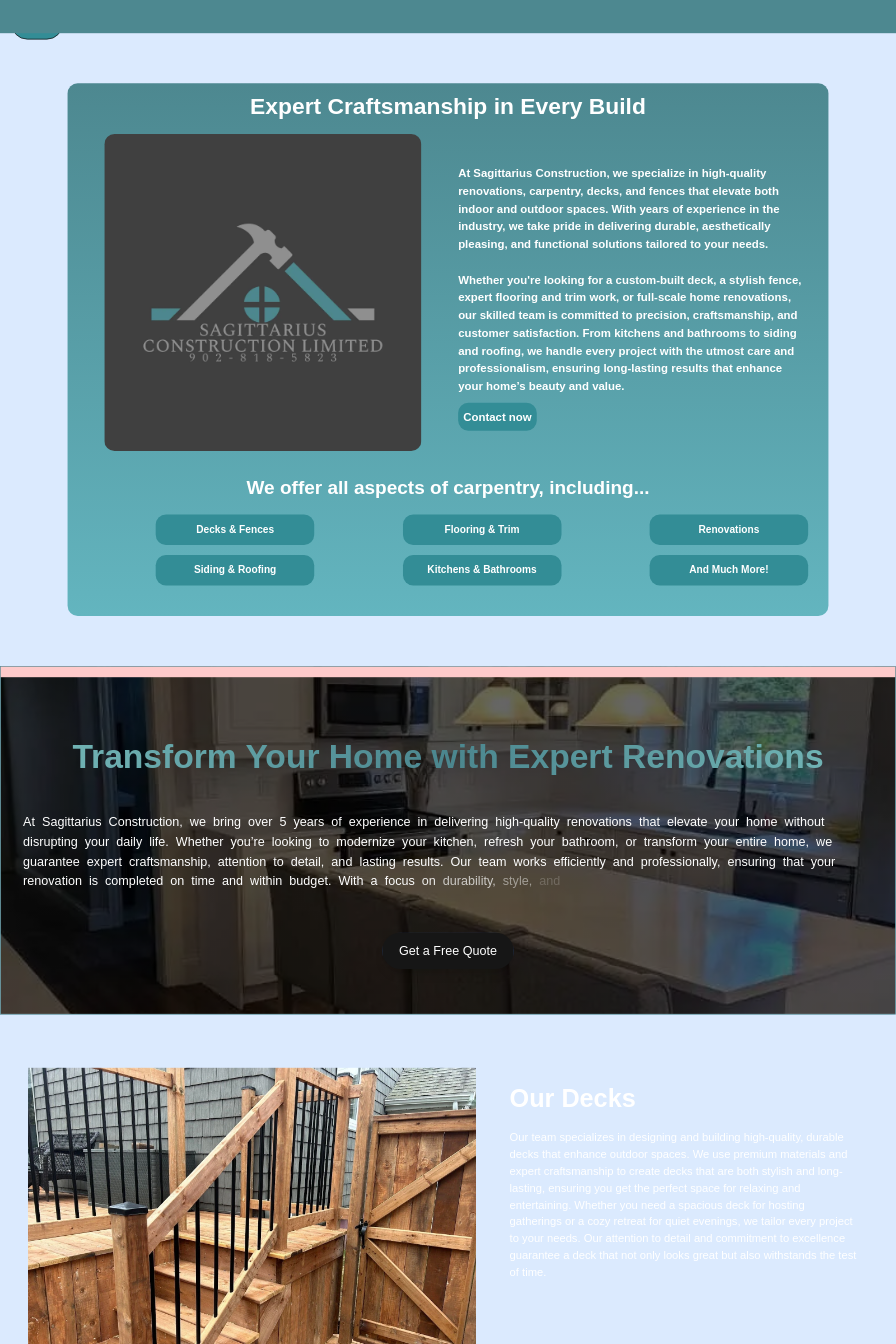
Repository: TMuse333/sagittarius
Page: / (app in frontend/)
These files come from the project's save history. The page is drawn as it stood at one moment and after the next save; the edit follows.
The browser window is 1280 px wide. The pictures show the part of the page from y = 688 to 2608 px (the page is 9859 px tall), at 70% of full size.
The project was rebuilt for these pictures with package versions that can differ from the ones it lists, and the page was loaded fresh each time. The framework's server and built-in components were replaced by stand-ins that run in the browser. Also part of the build but not shown: frontend/next.config.ts.

Above is the page before, as saved 2025-03-17 19:41:59.

### frontend/src/app/layout.tsx
import { ContextProvider } from "@/context/context";
import type { Metadata } from "next";
import { Geist, Geist_Mono } from "next/font/google";
import "./globals.css";

const geistSans = Geist({
  variable: "--font-geist-sans",
  subsets: ["latin"],
});

const geistMono = Geist_Mono({
  variable: "--font-geist-mono",
  subsets: ["latin"],
});

export const metadata: Metadata = {
  title: "Sagittarius Construction demo",
  description: "Rough draft of your website",
};

export default function RootLayout({
  children,
}: Readonly<{
  children: React.ReactNode;
}>) {
  return (
    <html lang="en">
      <ContextProvider>


      <body
        className={`${geistSans.variable} ${geistMono.variable} antialiased`}
      >
        {children}
      </body>
      </ContextProvider>
    </html>
  );
}

### frontend/src/app/page.tsx
import Homepage from "@/pageComponents/homePage";


export default function Home() {
  return (
 <Homepage/>
  );
}

### frontend/src/context/context.tsx
"use client"

import React, { createContext, useState, useContext, ReactNode, useEffect } from 'react';

// Define the type for the context value
interface GeneralContextType {
  isMobile: boolean;
  setIsMobile: React.Dispatch<React.SetStateAction<boolean>>;
  isDesktop: boolean;
  setIsDesktop: React.Dispatch<React.SetStateAction<boolean>>;


  applicationFormState: Record<string, string>;
  setApplicationFormState: React.Dispatch<React.SetStateAction<Record<string, string>>>;


}


// Create the context
export const GeneralContext = createContext<GeneralContextType | undefined>(undefined);

// Create a provider component
export const ContextProvider: React.FC<{ children: ReactNode }> = ({ children }) => {
  // Initialize the value state


  // Detect mobile devices
  const [isMobile, setIsMobile] = useState<boolean>(true);

const [isDesktop, setIsDesktop] = useState(false)

const [applicationFormState, setApplicationFormState] = useState<Record<string, string>>({});

  useEffect(() => {
    const handleScroll = () => {
      if (typeof window !== 'undefined') {
        setIsMobile(window.innerWidth <= 865);
      }
      else{
        setIsDesktop(true)
      }
    };

    if (typeof window !== 'undefined') {
      window.addEventListener('scroll', handleScroll);
      handleScroll(); // Initial check
    }

    return () => {
      if (typeof window !== 'undefined') {
        window.removeEventListener('scroll', handleScroll);
      }
    };
  }, []);

  useEffect(() => {
    const handleScroll = () => {
      if (typeof window !== 'undefined') {
        setIsDesktop(window.innerWidth > 868);
      }

    };

    if (typeof window !== 'undefined') {
      window.addEventListener('scroll', handleScroll);
      handleScroll(); // Initial check
    }

    return () => {
      if (typeof window !== 'undefined') {
        window.removeEventListener('scroll', handleScroll);
      }
    };
  }, []);


  useEffect(() => {
    console.log('is mobile', isMobile);
    console.log("is desktop", isDesktop)
  }, [isDesktop]);

  const contextValue = {

    isMobile,
    setIsMobile,
    applicationFormState,
    setApplicationFormState,
    isDesktop,
    setIsDesktop


  };

  return <GeneralContext.Provider value={contextValue}>{children}</GeneralContext.Provider>;
};

export const useGeneralContext = (): GeneralContextType => {
  const context = useContext(GeneralContext);
  if (!context) {
    throw new Error('useGeneralContext must be used within a ContextProvider');
  }
  return context;
};

### frontend/src/app/globals.css
@tailwind base;
@tailwind components;
@tailwind utilities;

:root {
  --background: #DBEAFE;
  --foreground: #171717;
}

@media (prefers-color-scheme: dark) {
  :root {
    --background: #404040;
    --foreground: #ededed;
  }
}

body {
  color: white;
  background: var(--background);
  font-family: Arial, Helvetica, sans-serif;

}

### frontend/src/components/footer/footer.tsx
import React from "react";
import Link from "next/link";

interface Props {
  excludedLink: string;
}

const Footer: React.FC<Props> = ({ excludedLink }) => {
  function handleScroll(destination: string) {
    if (typeof window !== "undefined") {
      const element = document.getElementById(destination);

      if (element) {
        const offset = -100;
        const elementPosition = element.getBoundingClientRect().top;
        const offsetPosition = elementPosition + window.pageYOffset + offset;

        window.scrollTo({
          top: offsetPosition,
          behavior: "smooth",
        });
      } else {
        console.warn(`Element with ID '${destination}' not found.`);
      }
    } else {
      console.warn("Window is not available.");
    }
  }

  const links = [
    {
      destination: "work",
      name: "Our work",
      hasScroll: true,
    },
    {
      destination: "reviews",
      name: "Reviews",
      hasScroll: true,
    },
    {
      destination: "why-us",
      name: "Why Us",
      hasScroll: true,
    },
    {
      destination: "contact",
      name: "Contact",
      hasScroll: true,
    },
  ];

  const filteredLinks = links.filter(link => link.name !== excludedLink);

  return (
    <footer className="w-screen relative flex flex-col items-center justify-center mx-auto py-8 bg-[#4D8890] text-white">
      <div className="max-w-7xl w-full px-4">
        {/* Site Map Section */}
        <h6 className="text-3xl sm:text-4xl font-semibold mb-8 text-center">Site Map</h6>

        {/* Links Container */}
        <div className="flex flex-col md:flex-row justify-center items-center md:items-start gap-6 md:gap-12 mb-12">
          {filteredLinks.map((link, index) => (
            <div
              key={index}
              className="flex flex-col items-center md:items-start"
            >
              {link.hasScroll ? (
                <button
                  onClick={() => handleScroll(link.destination)}
                  className="text-lg md:text-xl font-medium hover:text-[#00bfff] transition-colors duration-200"
                >
                  {link.name}
                </button>
              ) : (
                <Link
                  href={`/${link.destination}`}
                  className="text-lg md:text-xl font-medium hover:text-[#00bfff] transition-colors duration-200"
                >
                  {link.name}
                </Link>
              )}
            </div>
          ))}
        </div>

        {/* Social Media Section */}
        {/* <h6 className="text-3xl sm:text-4xl font-semibold mb-8 text-center">Social Media</h6> */}
        <div className="flex justify-center gap-6 mb-8">
          {/* Add your social media icons/links here */}
          {/* <p>Insert social media links here</p> */}
        </div>
        <a className="text-center text-xl"
         href="https://www.focusflowsoftware.com">
          Developed by Focus Flow Software
        </a>

        {/* Optional Quote */}
        {/* <p className="text-center text-sm md:text-base max-w-2xl mx-auto">
          For every action, there is an equal and opposite reaction. Use this law everyday to create the reality you desire.
        </p> */}
      </div>
    </footer>
  );
};

export default Footer;

### frontend/src/components/googleReviews/googleReviews.tsx
import Image from "next/image";
import React, { useState } from "react";
import {Star} from 'lucide-react'
import SlidingText from "../textAnimations/slidingText/slidingText";
import {motion} from 'framer-motion'
// import Link from "next/link";
interface ReviewData {
    name:string,
    src:string,
    description:string,
    date:string,
    alt:string
}


const Review:React.FC<ReviewData> = ({
    name,src,description,date,
    alt
}) => {


    return (
        <div className="w-[90vw] flex-shrink-0 rounded-2xl
        mr-4 border border-blue-500 max-w-[400px]
        mx-auto bg-gradient-to-tr from-[#4D8890] to-[#8BAEB7]
        flex flex-col  text-white">
<div className="flex flex-row ml-4 mt-2">
<Image
height={1300}
width={600}
src={src}
alt={alt}
className='w-[20vw] max-w-[75px] max-h-[75px] h-[20vw] object-cover rounded-full object-contain'

/>
<div className="flex flex-col ml-8">
    <span>{name}</span>
    <span>{date}</span>
</div>
</div>
<div className="flex flex-col ml-2 px-4 mt-3 pb-6">
    <div className="flex flex-row">

    {[...Array(5)].map((_, index) => (
        <Star key={index} size={24} color="#FFD700" fill="#FFD700" />
      ))}

    </div>
    <p className="text-left mt-4">
    {description}
</p>


</div>
        </div>
    )
}

interface GoogleProps {
    reviews:ReviewData[]
}

const GoogleReviews:React.FC<GoogleProps> = ({
    reviews
}) => {

    const [slideComplete, setSlideComplete] = useState(false)

    return (
        <>
  <SlidingText
  text="Reviews"
  setSlideComplete={setSlideComplete}
styles="bg-gradient-to-b from-white to-gray-200 bg-clip-text text-transparent
text-3xl sm:text-4xl font-semibold text-center relative transition-colors"


  />
  <motion.p
  initial={{
    opacity:0,
    y:-40
  }}
  animate={{
    opacity:slideComplete ? 1  : 0,
    y:slideComplete ? 0 : -40
  }}
  className=" max-w-[900px]
  text-left mx-auto mt-4
  md:text-lg"
  >
From our 5+ years in business we have helped out many customers
improve their lovely homes in an efficient manner. Here is what some our
clients have to say about our work!
<br/>
<a
  href="https://www.google.com/maps/place/Sagittarius+Construction/@45.1932025,-68.3189312,6z/data=!3m1!4b1!4m6!3m5!1s0x6919d162980a017b:0x3540f39c10b3d454!8m2!3d45.3077481!4d-63.028289!16s%2Fg%2F11kpqb7fkv?entry=ttu&g_ep=EgoyMDI1MDMxMi4wIKXMDSoJLDEwMjExNDUzSAFQAw%3D%3D"
  target="_blank"
  rel="noopener noreferrer"
>
  <button className="rounded-2xl bg-[#338d96] p-2 mt-2">
    See all reviews
  </button>
</a>

  </motion.p>


        <section

        className={`relative w-screen ml-auto mb-[5rem] mt-[5rem] overflow-x-hidden
         py-8 text-center text-black`}
    >


        <div
            className="flex-shrink-0 pr-[3rem] pl-[1rem] flex ml-auto sm:ml-0 sm:mr-0 overflow-x-scroll overflow-y-hidden
            "
        >
         {reviews.map((review, index) => (
                <Review
                {...review}
                key={index}
                />
            ))}

        </div>
     </section>
     </>
    )
}

export default GoogleReviews

### frontend/src/components/verticalImageText/verticalImageText.tsx
import React, { useEffect, useState } from "react";
import { useAnimate, motion, useMotionValue, useMotionTemplate,
useInView, animate } from 'framer-motion';
// import Image from "next/image";
// import brain from '../../../public/logo.webp'
import Link from 'next/link'
import AppearingGradient from "../textAnimations/appearingGradient/appearingGradient";
import { useGeneralContext } from "@/context/context";
import FadeInFromLeftText from "../textAnimations/fadeInFromLeftText/fadeInFromLeftText";
import bgImage from '../../../public/kitchen.webp'
interface Props {
  title:string,
  description:string,
  buttonText:string,
  buttonDestination:string
  hasScroll?:boolean
}

const VerticalImageTextBox:React.FC<Props> = ({
  title, description,
  buttonText, buttonDestination,
  hasScroll
}) => {
  const [scope, scopeAnimate] = useAnimate();

  const COLORS = [
    "#0a0a0a", // Main color (base black)
    "#141414", // Slightly lighter shade
    "#1e1e1e", // Warmer black with a hint of depth
    "#121212", // Muted dark shade
    "#181818", // Deep charcoal, softer than pure black
    "#262626"  // Lightest shade, closer to dark gray
];




  const color1 = useMotionValue(COLORS[0]);
  const color2 = useMotionValue(COLORS[1]);

  const backgroundImage = useMotionTemplate`linear-gradient(45deg,${color1}, ${color2})`


  const [animationComplete, setAnimationComplete] = useState(false);



  const {isMobile} = useGeneralContext()

  // Ensure you're transforming the y values based on the scroll position

  const inView = useInView(scope,{

    amount:!isMobile ? 0.7 : 0.2,
    once:true
  })


      const handleAnimation = async () => {
       const header = document.getElementById('closing-header')
       const paragraph = document.getElementById('closing-paragraph')
       const button = document.getElementById('closing-button')

       if(header){
        await scopeAnimate(header,{y:0,opacity:1})

       }

       if(paragraph){
        await scopeAnimate(paragraph,{opacity:1},
            {delay:1})
       }

       if(button){
        await scopeAnimate(button,{opacity:1},{
            delay:0.5,
            ease:'easeInOut'

        },)
       }

      }

      useEffect(()=> {
        if(inView){
            console.log('in view!')
            handleAnimation()
        }
    })


    useEffect(() => {
        // Animate the colors for the gradient

           animate(color1, COLORS, {
            ease: "easeInOut",
            duration: 10,
            repeat: Infinity,
            repeatType: "loop",
          });

           animate(color2, COLORS, {
            ease: "easeInOut",
            duration: 10,
            repeat: Infinity,
            repeatType: "loop",
          });



    }, []);


  return (
    <section ref={scope} className=" relative
    z-[1] border border-[#4D8890]
    py-8
   "
   style={{
    backgroundImage: `linear-gradient(rgba(0, 0, 0, 0.6), rgba(0, 0, 0, 0.6)), url(${bgImage.src})`,
    backgroundSize: "cover", // Ensures the image covers the container
    backgroundPosition: "center", // Centers the image
  }}

      >

<div className="absolute w-full h-[15px]
bg-red-200 top-0 left-0 z-[2]"
/>


        {/* Motion heading */}
        {/* <h3 id='closing-header'
className="text-center relative pb-4  mr-auto font-semibold mb-2
bg-clip-text text-transparent text-3xl sm:text-4xl md:text-5xl
translate-y-[4rem] transition-transform opacity-0"
style={{
  backgroundImage: "linear-gradient(to right, #00e0ff, #00a2e4, #00e0ff)",

}}>


          Time to elevate your digital presence
        </h3> */}

        <AppearingGradient
        text={title}
        subText=""
        noBottom
        />



      {/* Optional image */}
      {/* <Image
        src={brain}
        alt="brain"
        className="w-[20vw] object-cover mx-auto relative z-[4]
        max-w-[420px] max-h-[280px] mt-[-3rem] mb-4
        rounded-2xl
        "
      /> */}

      {/* Call to action section */}
      <section id='closing-paragraph'
      className="flex flex-col justify-center md:text-lg px-4 relative z-[4] mb-8
      opacity-0 items-center">
     <FadeInFromLeftText
     className="mx-auto px-4 text-pre-line
     whitespace-pre-line text-white"
     startAnimation={inView}
     text={description}
     setAnimationComplete={setAnimationComplete}
     />



{hasScroll ? (
  <motion.button
    id="closing-button"
    style={{
      backgroundImage,
    }}
    initial={{
      opacity: 0,
      y: -15,
    }}
    animate={{
      opacity: animationComplete ? 1 : 0,
      y: animationComplete ? 0 : -15,
    }}
    whileHover={{
      scale: 1.05,
    }}
    onClick={() => {
      const targetElement = document.getElementById(buttonDestination);
      if (targetElement) {
        targetElement.scrollIntoView({ behavior: "smooth" });
      }
    }}
    className="mx-auto mt-8 opacity-0 px-6 py-3 bg-blue-500 text-white rounded-full
      shadow-lg shadow-all-around"
  >
    {buttonText}
  </motion.button>
) : (
  <Link href={buttonDestination}>
    <motion.button
      id="closing-button"
      style={{
        backgroundImage,
      }}
      initial={{
        opacity: 0,
        y: -15,
      }}
      animate={{
        opacity: animationComplete ? 1 : 0,
        y: animationComplete ? 0 : -15,
      }}
      whileHover={{
        scale: 1.05,
      }}
      className="mx-auto mt-8 opacity-0 px-6 py-3 bg-blue-500 text-white rounded-full
        shadow-lg shadow-all-around"
    >
      {buttonText}
    </motion.button>
  </Link>
)}

      </section>

    </section>
  );
};

export default VerticalImageTextBox;

### frontend/src/components/textAnimations/fadeInFromLeftText/fadeInFromLeftText.tsx
import { motion } from 'framer-motion';
import React, { ElementType, useState, useEffect } from 'react';

interface FadeInFromLeftTextProps {
  text: string; // The text to animate
  as?: ElementType; // The HTML tag to render (default: 'p')
  className?: string; // Additional CSS classes
  duration?: number; // Total animation duration (in seconds)
  startAnimation?: boolean; // Control when animation starts
  setAnimationComplete?: React.Dispatch<React.SetStateAction<boolean>>; // Notify when animation is complete
  keywords?: string[]; // Highlighted keywords
}

const FadeInFromLeftText: React.FC<FadeInFromLeftTextProps> = ({
  text,
  as: Tag = 'p', // Default to 'p' tag
  className = '',
  duration = 2, // Default animation duration
  startAnimation, // Default to false if not provided
  setAnimationComplete, // Optional function to notify when animation is complete
  keywords = [], // Default to an empty array if not provided
}) => {
  const [animationStarted, setAnimationStarted] = useState(false);

  // Trigger animation when startAnimation is set to true
  useEffect(() => {
    if (startAnimation && !animationStarted) {
      setAnimationStarted(true);
    } else if (!startAnimation) {
      setAnimationStarted(true);
    }
  }, [startAnimation, animationStarted]);

  // Notify when animation is complete
  useEffect(() => {
    if (animationStarted && setAnimationComplete) {
      const timeout = setTimeout(() => {
        setAnimationComplete(true); // Notify parent when animation is complete
      }, duration * 1000); // Use duration to calculate when the animation finishes
      return () => clearTimeout(timeout); // Cleanup timeout
    }
  }, [animationStarted, duration, setAnimationComplete]);

  // Function to check if a word is a keyword
  const isKeyword = (word: string) => keywords.includes(word);

  return (
    <motion.div
      initial={{ clipPath: 'inset(0 100% 0 0)', opacity: 0 }}
      animate={startAnimation ? { clipPath: 'inset(0 0% 0 0)', opacity: 1 } : {}}
      transition={{ duration }}
      className={`overflow-hidden ${className}`} // Ensure no overflow
    >
      <Tag>
        {text.split(' ').map((word, wordIndex) => (
          <motion.span
            key={wordIndex}
            initial={{ x: 20, opacity: 0 }}
            animate={{ x: 0, opacity: 1 }}
            transition={{
              delay: wordIndex * 0.1, // Delay based on word position
              duration: 0.5, // Animation duration
            }}
            className={isKeyword(word) ? 'animate-gradient font-bold' : ''} // Apply specific class if keyword
            style={
                isKeyword(word)
                  ? {
                      background: 'linear-gradient(90deg, #00A4F6, #66C8FF, #00A4F6)',
                      backgroundSize: '200% 200%',
                      backgroundClip: 'text',
                      WebkitBackgroundClip: 'text',
                      color: 'transparent',
                      animation: 'gradient-animation 8s ease-in-out infinite',
                      transition: 'background 0.5s ease, color 0.5s ease',
                    }
                  : undefined
              }
          >
            {word}
            &nbsp; {/* Adding space between words */}
          </motion.span>
        ))}
      </Tag>
    </motion.div>
  );
};

export default FadeInFromLeftText;

Loaded but not shown: frontend/tailwind.config.ts (common file); frontend/src/data/homeData.ts (456 lines, source omitted); frontend/src/components/gridCarousel/gridCarousel.tsx (309 lines, source omitted); frontend/src/components/experienceCard/experienceCard.tsx (230 lines, source omitted); frontend/src/components/herobanner/carouselHero.tsx (224 lines, source omitted); frontend/src/components/contactForm/contactForm.tsx (177 lines, source omitted); frontend/src/components/ImageAspects/imageAspects.tsx (280 lines, source omitted); frontend/src/components/textAndList/textAndList.tsx (222 lines, source omitted); frontend/src/components/navbar/navbar.tsx (156 lines, source omitted); frontend/src/components/textAnimations/appearingGradient/appearingGradient.tsx (152 lines, source omitted); frontend/src/components/textAnimations/typeAlongText/typeAlongText.tsx (118 lines, source omitted); frontend/src/components/imageTextBox/imageTextBox.tsx (191 lines, source omitted); frontend/src/components/contactForm/inputForm.tsx (82 lines, source omitted); frontend/src/pageComponents/homePage.tsx (161 lines, source omitted); frontend/src/components/textAnimations/slidingText/slidingText.tsx (86 lines, source omitted)

After the next save:
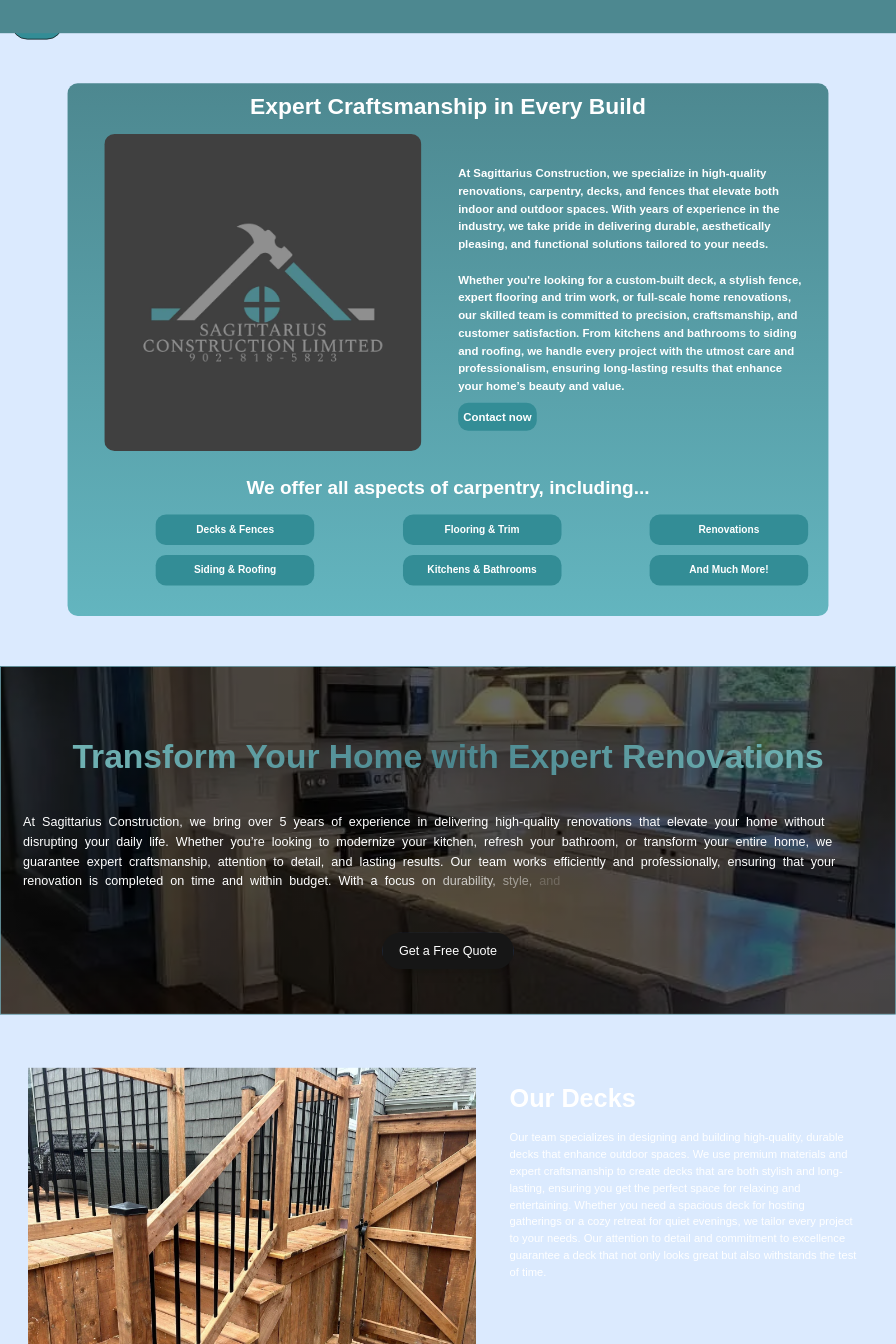
Saved 4 s later.
--- a/frontend/src/components/verticalImageText/verticalImageText.tsx
+++ b/frontend/src/components/verticalImageText/verticalImageText.tsx
@@ -124,9 +124,9 @@
 
       >
 
-<div className="absolute w-full h-[15px]
+{/* <div className="absolute w-full h-[15px]
 bg-red-200 top-0 left-0 z-[2]"
-/>
+/> */}
 
 
         {/* Motion heading */}
